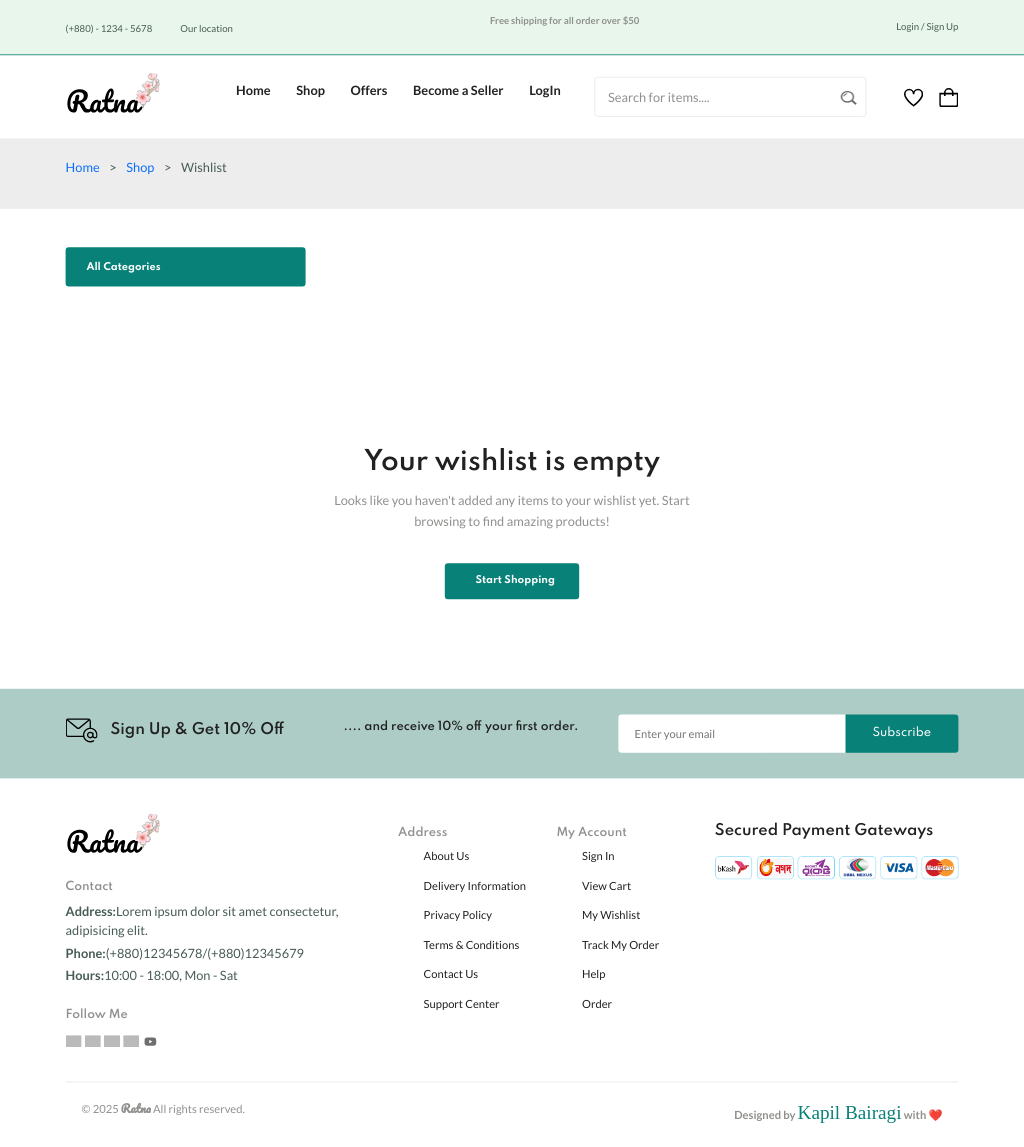
Repository: kapilbairagi/my-ecommerce-website
Page: public/wishlist.html
These files come from the project's save history. The page is drawn as it stood at one moment and after the next save; the edit follows.
The browser window is 1280 px wide. The pictures show the whole page, at 80% of full size.
Pictures or frames that could not be fetched are drawn as grey boxes. Some icons come from a web library that is not loaded, so they are not drawn. Some web fonts or font styles are not loaded; a fallback is used.

Above is the page before, as saved 2025-10-18 22:22:59.
Console error: TypeError: Cannot set properties of null (setting 'innerHTML')

After the next save:
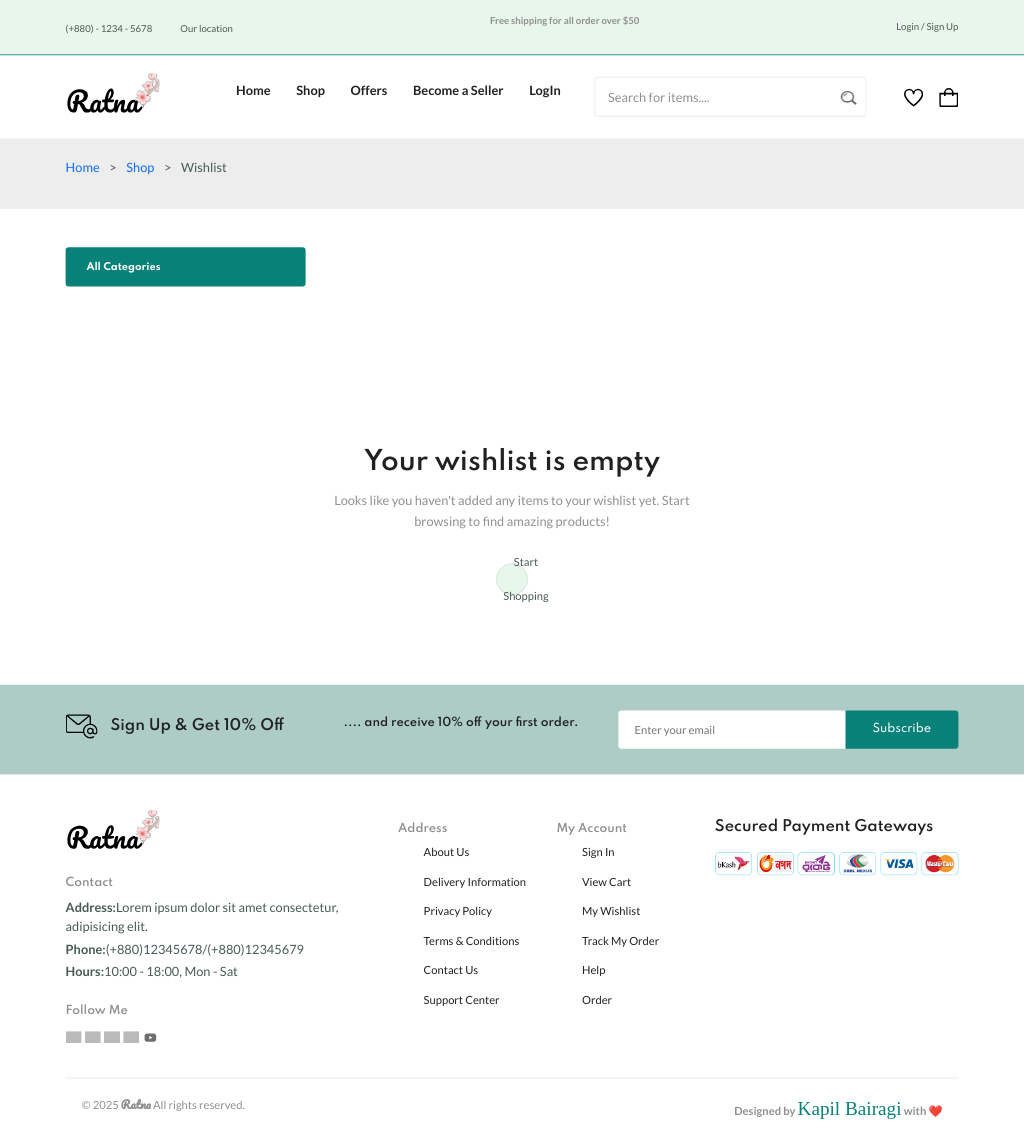
Saved 2 min 3 s later.
--- a/public/assets/js/wishlist-manager.js
+++ b/public/assets/js/wishlist-manager.js
@@ -124,7 +124,7 @@ function checkEmptyWishlist() {
         <i class="fi fi-br-heart empty-wishlist__icon"></i>
         <h2 class="empty-wishlist__title">Your wishlist is empty</h2>
         <p class="empty-wishlist__description">Looks like you haven't added any items to your wishlist yet. Start browsing to find amazing products!</p>
-        <a href="shop.html" class="btn btn--md flex">
+        <a href="shop.html" class="action__btn cart__btn flex">
           <i class="fi-br-shopping-bag"></i>
           Start Shopping
         </a>
